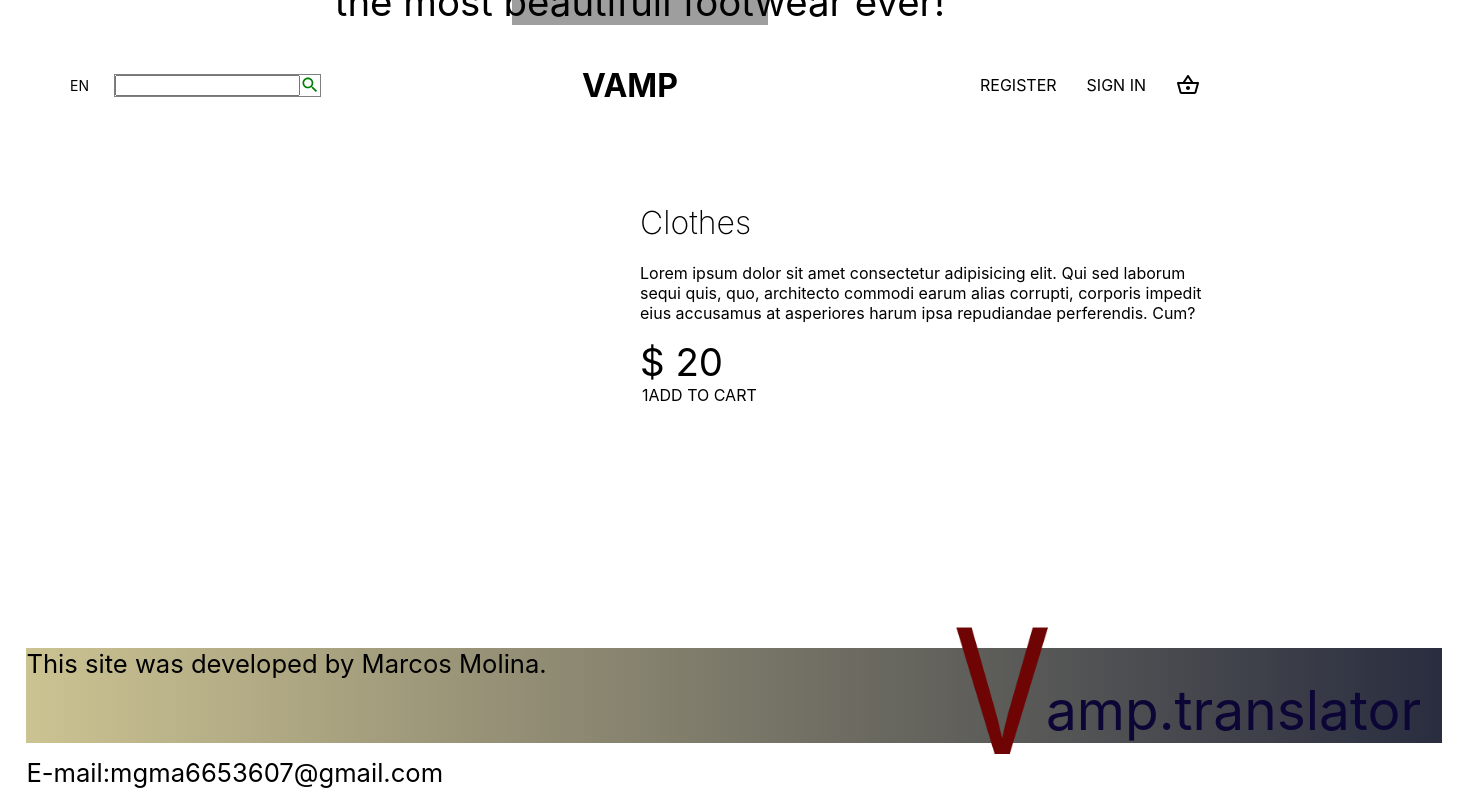
Repository: mgma2005/ecoeli
Page: /
An editor plug-in stored every save of this project. The page is shown before and after the next save, followed by the edit.
The browser window is 1280 px wide. The page is 1442 px wide, then 1466 px, so the pictures cover 1466 px, including what lies to the right of the window. The pictures show the part of the page from y = 148 to 960 px (the page is 960 px tall).
Pictures or frames that could not be fetched are drawn as grey boxes. The project was rebuilt for these pictures with package versions that can differ from the ones it lists, and the page was loaded fresh each time. Also part of the build but not shown: src/App.css.

Above is the page before, as saved 2022-05-14 17:40:39.

After the next save:
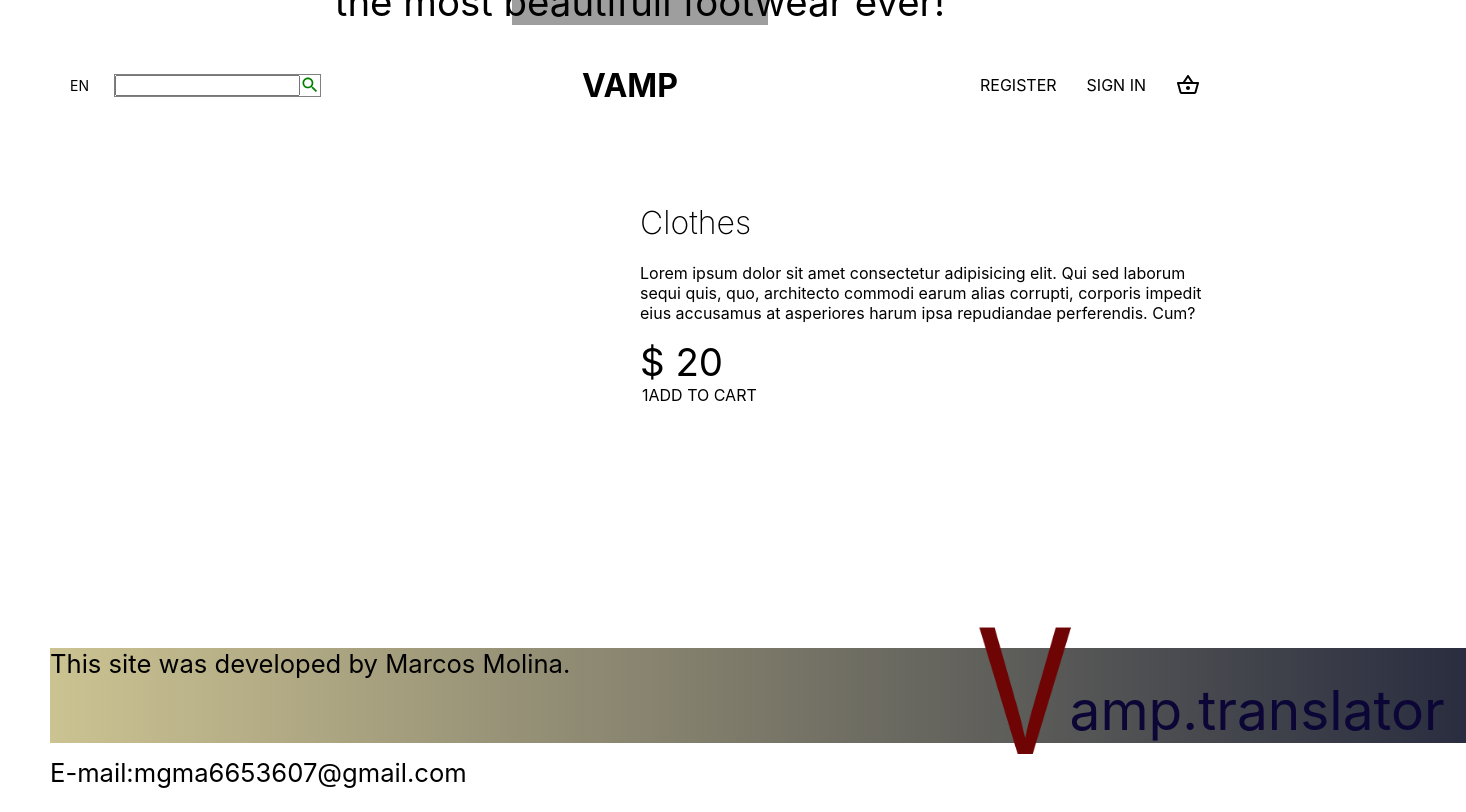
Saved 6 s later.
--- a/src/style.css
+++ b/src/style.css
@@ -1,5 +1,5 @@
 .cont2{
-    margin-left: -2%;
+    margin-left: 0%;
     width: 120%;
     height: auto;
     background: linear-gradient(to right, rgb(204, 195, 146),rgb(41, 45, 63));
